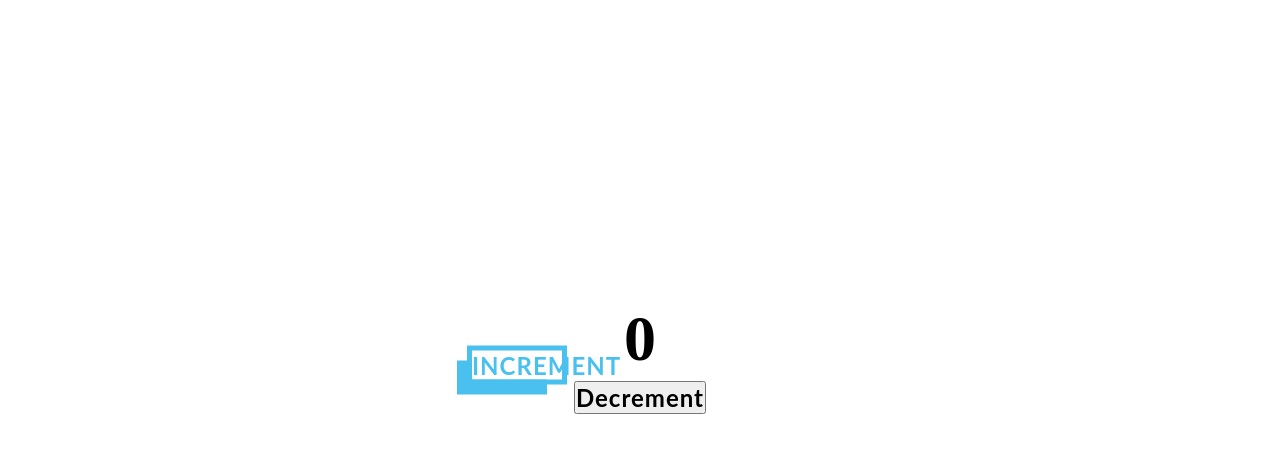
Repository: Ellisvelandia/react_introduction_test
Page: /
An editor plug-in stored every save of this project. The page is shown before and after the next save, followed by the edit.
The browser window is 1280 px wide. The pictures show the whole page.
The project was rebuilt for these pictures with package versions that can differ from the ones it lists, and the page was loaded fresh each time. Also part of the build but not shown: src/index.css.

Above is the page before, as saved 2022-08-15 20:07:19.

### src/App.js
import "./App.scss";
import React, { useState } from "react";

const App = () => {
  const [num, changeNum] = useState(0);

  const incrementNum = () => {
    changeNum(num + 2);
  };

  const decrementNum = () => {
    if (num - 1 < 0) {
      alert(`you can't decrease than 0`);
    } else {
      changeNum(num - 2);
    }
  };

  return (
    <>
      <div className="container">
        <h1>{num}</h1>
        <button className="button_I" onClick={incrementNum}>Increment</button>
        <button className="button_D" onClick={decrementNum}>Decrement</button>
      </div>
    </>
  );
};

export default App;

### src/App.scss
* {
  margin: 0;
  padding: 0;
  box-sizing: border-box;
}

body {
  width: 100%;
  height: 100vh;
  display: flex;
  justify-content: center;
  align-items: center;
  flex-direction: column;
}

.container {
  align-self: center;
}

h1 {
  text-align: center;
  font-size: 4rem;
}

button {
  font-size: 1.5rem;
  margin: 5px;
  font-family: "Lato", sans-serif;
  font-weight: 300;
  letter-spacing: 1px;
  font-weight: bold;
}


.button_I {
  position: absolute;
  left: 40%;
  top: 50%;
  transform: translateX(-50%) translateY(-50%);

  background: #fff;
  max-width: 100px;
  padding: 60px 5px  20px  -20px;

  border: 5px solid #4ac0ee;
  color: #4ac0ee;
  font-weight: bold;
  text-transform: uppercase;
  text-align: center;

  z-index: 2;
  transition: all 0.15s 0.15s ease-out;

  &:after,
  &:before {
    position: absolute;
    width: 100%;
    max-width: 100%;
    top: 100%;
    left: 0;
    bottom: -10px;
    content: "";
    z-index: 1;
    transition: all 0.15s 0.15s ease-out;
  }

  &:before {
    background: #4ac0ee;
    top: 10px;
    left: -15px;
    height: 100%;
    width: 15px;
  }

  &:after {
    width: 100%;
    background: #4ac0ee;
    right: 0px;
    left: -15px;
    height: 15px;
  }

  &:hover {
    background: #4ac0ee;
    color: #fff;
    margin-left: -7.5px;
    margin-bottom: -7.5px;

    &:after,
    &:before {
      top: 100%;
      left: 0;
      bottom: 0px;
    }

    &:before {
      top: 0px;
      left: 0px;
      width: 0px;
    }

    &:after {
      right: 0px;
      left: 0px;
      height: 0px;
    }
  }
}

Loaded but not shown: public/index.html (common file); src/index.js (common file); src/reportWebVitals.js (common file)

After the next save:
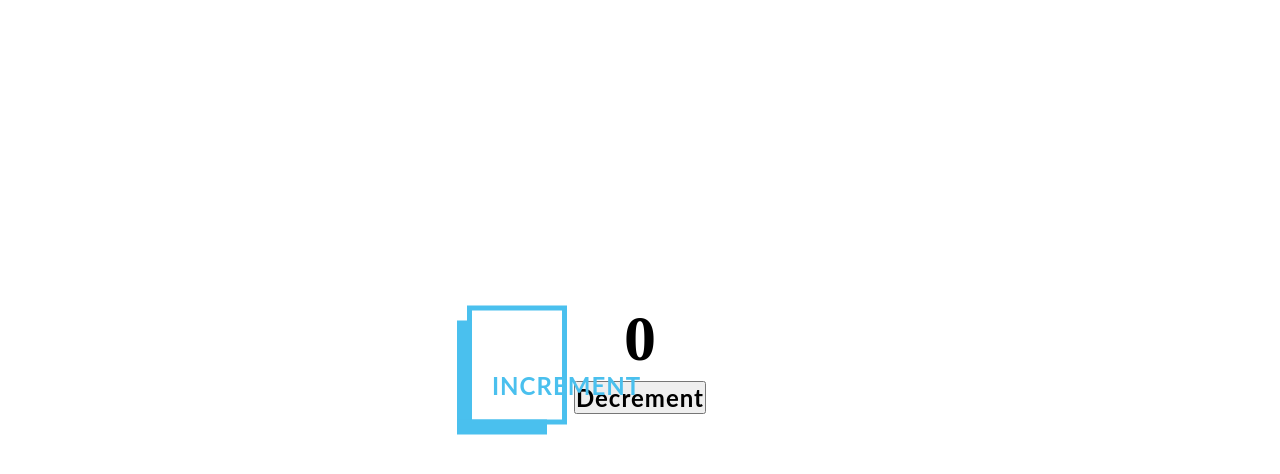
Saved 8 s later.
--- a/src/App.scss
+++ b/src/App.scss
@@ -40,7 +40,7 @@ button {
 
   background: #fff;
   max-width: 100px;
-  padding: 60px 5px  20px  -20px;
+  padding: 60px 5px  20px 20px;
 
   border: 5px solid #4ac0ee;
   color: #4ac0ee;
